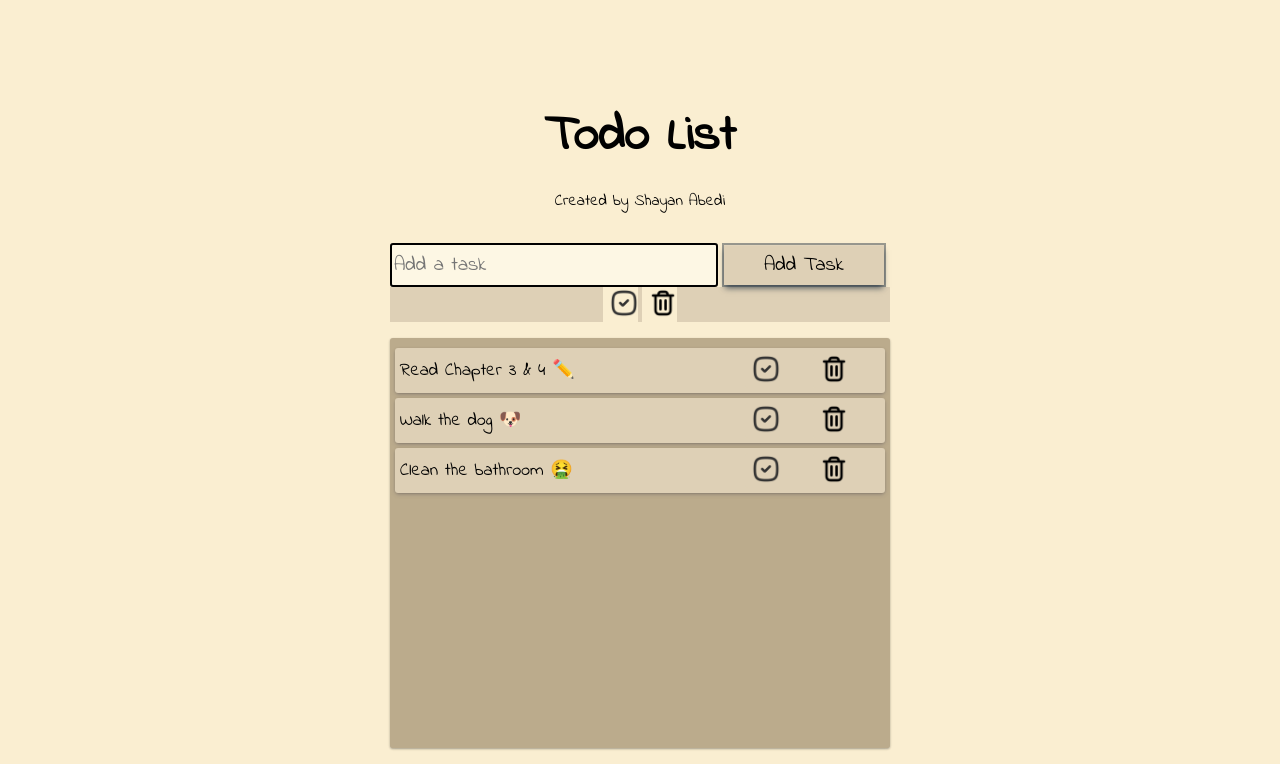
Repository: shayanabedi98/todo-list
Page: /
The author's editor kept a copy of each file at every save. The page is drawn from the files as they stood at one save, then again after the next save.
The browser window is 1280 px wide. The pictures show the whole page.
The project was rebuilt for these pictures with package versions that can differ from the ones it lists, and the page was loaded fresh each time. Also part of the build but not shown: vite.config.js.

Above is the page before, as saved 2023-12-30 17:29:13.

### index.html
<!doctype html>
<html lang="en">
  <head>
    <meta charset="UTF-8" />
    <link rel="icon" type="image/svg+xml" href="./src/assets/pencil-svgrepo-com.png" />
    <meta name="viewport" content="width=device-width, initial-scale=1.0" />
    <link rel="preconnect" href="https://fonts.googleapis.com">
    <link rel="preconnect" href="https://fonts.gstatic.com" crossorigin>
    <link href="https://fonts.googleapis.com/css2?family=Indie+Flower&display=swap" rel="stylesheet">
    <title>Todo List</title>
  </head>
  <body>
    <div id="root"></div>
    <script type="module" src="/src/main.jsx"></script>
  </body>
</html>

### src/App.jsx
import { useState } from "react";
import { v4 as uuid } from "uuid";
import TodoList from "./TodoList";
import CreateTask from "./CreateTask";
import AffectAll from "./AffectAll";

function App() {
  const [list, setList] = useState([
    { id: uuid(), text: "Read Chapter 3 & 4 ✏️", completed: false },
    { id: uuid(), text: "Walk the dog 🐶", completed: false },
    { id: uuid(), text: "Clean the bathroom 🤮", completed: false },
  ]);
  const [input, setInput] = useState("");

  const addTask = () => {
    if (input.trim() !== "") {
      setList([...list, { id: uuid(), text: input, completed: false }]);
      setInput("");
    }
  };

  const handleChange = (event) => {
    setInput(event.target.value);
  };

  const handleDelete = (taskID) => {
    const newList = list.filter((task) => {
      return task.id !== taskID;
    });
    setList(newList);
  };

  const handleComplete = (taskID) => {
    const newList = list.map((task) => {
      if (task.id === taskID) {
        return { ...task, completed: !task.completed };
      } else {
        return task;
      }
    });
    setList(newList);
  };

  const clearAll = () => {
    setList([]);
  };

  const completeAll = () => {
    const isItCompleted = list.some((task) => !task.completed);
    const newList = list.map((task) => ({ ...task, completed: isItCompleted }));
    setList(newList)
  };

  return (
    <>
      <h1>Todo List</h1>
      <p id="developer">Created by Shayan Abedi</p>
      <CreateTask handleChange={handleChange} input={input} addTask={addTask} />
      <AffectAll clearAll={clearAll} completeAll={completeAll} />
      <TodoList
        list={list}
        handleDelete={handleDelete}
        handleComplete={handleComplete}
      />
    </>
  );
}

export default App;

### src/index.css
body {
  background-color: #FAEED1;
  font-family: 'Indie Flower', cursive;
}

h1 {
  font-size: 50px;
  margin-top: 100px;
  margin-bottom: 0;
  text-align: center;
}

.create-task {
  display: grid;
  place-items: center;
  align-content: center;
  grid-template-columns: 1fr 1fr;
  margin: 30px auto 0 auto;
}

.create-task input {
  background-color: #FDF7E4;
  border: 2px solid black;
  border-radius: 3px;
  font-size: 20px;
  height: 38px;
  width: 320px;
  font-family: 'Indie Flower', cursive;
}

.create-task button {
  background-color: #DED0B6;
  border: none;
  font-family: 'Indie Flower', cursive;
  height: 40px;
  width: 160px;
  font-size: 20px;
  box-shadow: rgba(6, 24, 44, 0.4) 0px 0px 0px 2px, rgba(6, 24, 44, 0.65) 0px 4px 6px -1px, rgba(255, 255, 255, 0.08) 0px 1px 0px inset;
  cursor: pointer;
}

.affect-all {
  display: flex;
  place-content: center;
  background-color: #DED0B6;
}

.affect-all-text {
  display: grid;
  place-items: start;
}

.affect-all p{
 font-size: 20px;
}

.affect-all button {
  background-color: #FAEED1;
  border: none;
  font-family: 'Indie Flower', cursive;
  height: 35px;
  width: 35px;
  margin: auto 2px;
  cursor: pointer;
}

.list ul {
 padding: 5px;
 box-shadow: rgba(0, 0, 0, 0.12) 0px 1px 3px, rgba(0, 0, 0, 0.24) 0px 1px 2px;
  border-radius: 3px;
  background-color: #BBAB8C;
  min-height: 400px;
}

.list li {
  list-style: none;
  display: grid;
  grid-template-columns: 1fr 0.2fr 0.2fr;
  background-color: #DED0B6;
  margin-top: 5px;
  margin-bottom: 5px;
  padding: 5px;
  box-shadow: rgba(50, 50, 93, 0.25) 0px 2px 5px -1px, rgba(0, 0, 0, 0.3) 0px 1px 3px -1px;
  border-radius: 3px;
  font-size: 18px;
  align-items: center;
}

#developer, h1, .create-task, .list, .affect-all {
  width: 500px;
  margin-left: auto;
  margin-right: auto;
}

.list button {
  background-color: #DED0B6;
  height: 35px;
  width: 35px;
  margin: auto 2px;
  cursor: pointer;
  border: none;
  border-radius: 3px;
}

.list img, .affect-all img {
  height: 30px;
}

#developer {
  text-align: center;
}

### src/TodoList.jsx
import React from "react";
import trash from "./assets/trash.png";
import check from "./assets/check.png";

const TodoList = ({ handleComplete, handleDelete, list }) => {
  const completedStyle = (condition) => {
    return condition
      ? {
          color: "grey",
          textDecoration: "line-through",
        }
      : {};
  };

  return (
    <div className="list">
      <ul>
        {list.map((task) => {
          return (
            <li key={task.id}>
              <span style={completedStyle(task.completed)}>{task.text}</span>
              <button id="complete" onClick={() => handleComplete(task.id)}>
                <img src={check} alt="checkmark button"/>
              </button>
              <button id="delete" onClick={() => handleDelete(task.id)}>
                <img src={trash} alt="delete button"/>
              </button>
            </li>
          );
        })}
      </ul>
    </div>
  );
};

export default TodoList;

### src/CreateTask.jsx
import React from "react";

const CreateTask = ({input, addTask, handleChange}) => {
  return (
    <div className="create-task">
      <input
        onKeyDown={(e) => e.key === 'Enter' && addTask()}
        placeholder="Add a task"
        type="text"
        onChange={handleChange}
        value={input}
      />
      <button onClick={addTask}>Add Task</button>
    </div>
  );
};

export default CreateTask;

### src/AffectAll.jsx
import React from "react";
import trash from "./assets/trash.png";
import check from "./assets/check.png";

const AffectAll = ({ clearAll, completeAll }) => {
  return (
    <div className="affect-all">
      <button onClick={completeAll}>
        <img src={check} alt="" />
      </button>
      <button onClick={clearAll}>
        <img src={trash} alt="" />
      </button>
    </div>
  );
};

export default AffectAll;

Loaded but not shown: src/main.jsx (common file)

After the next save:
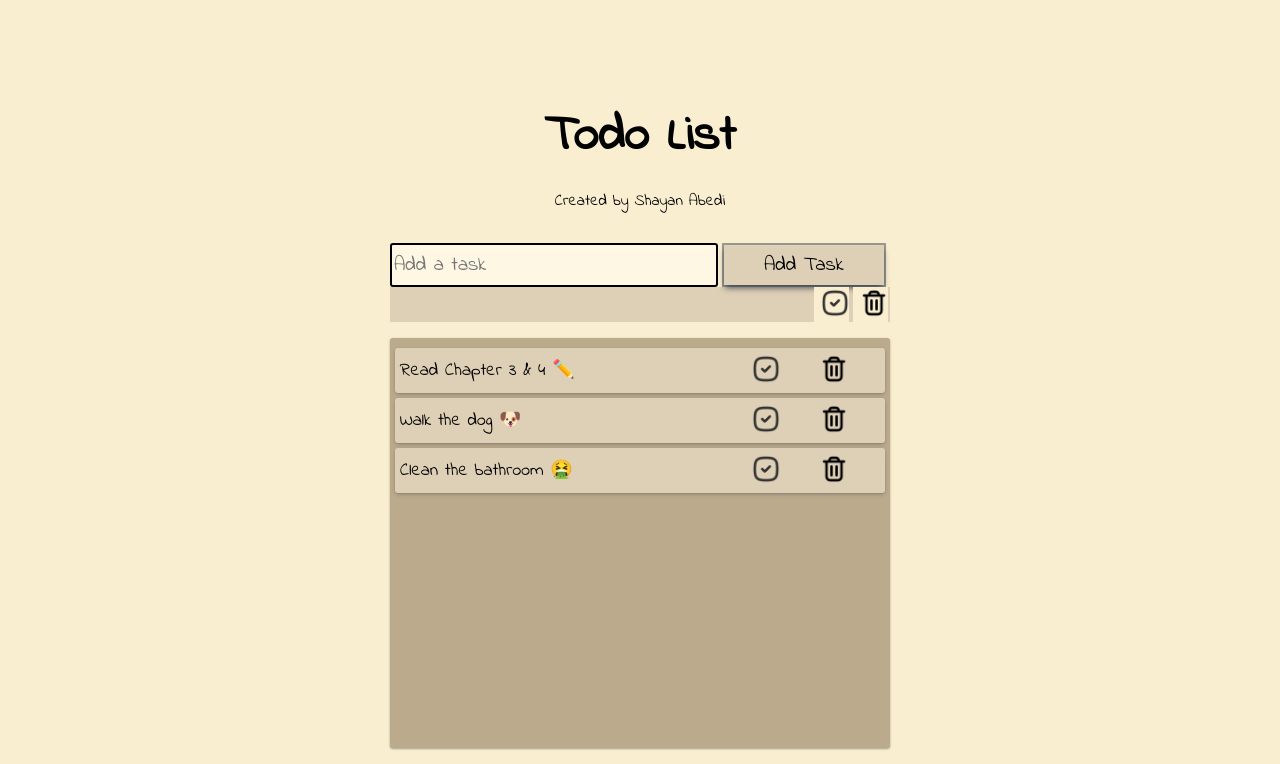
Saved 5 s later.
--- a/src/index.css
+++ b/src/index.css
@@ -41,7 +41,7 @@ h1 {
 
 .affect-all {
   display: flex;
-  place-content: center;
+  place-content: end;
   background-color: #DED0B6;
 }
 
